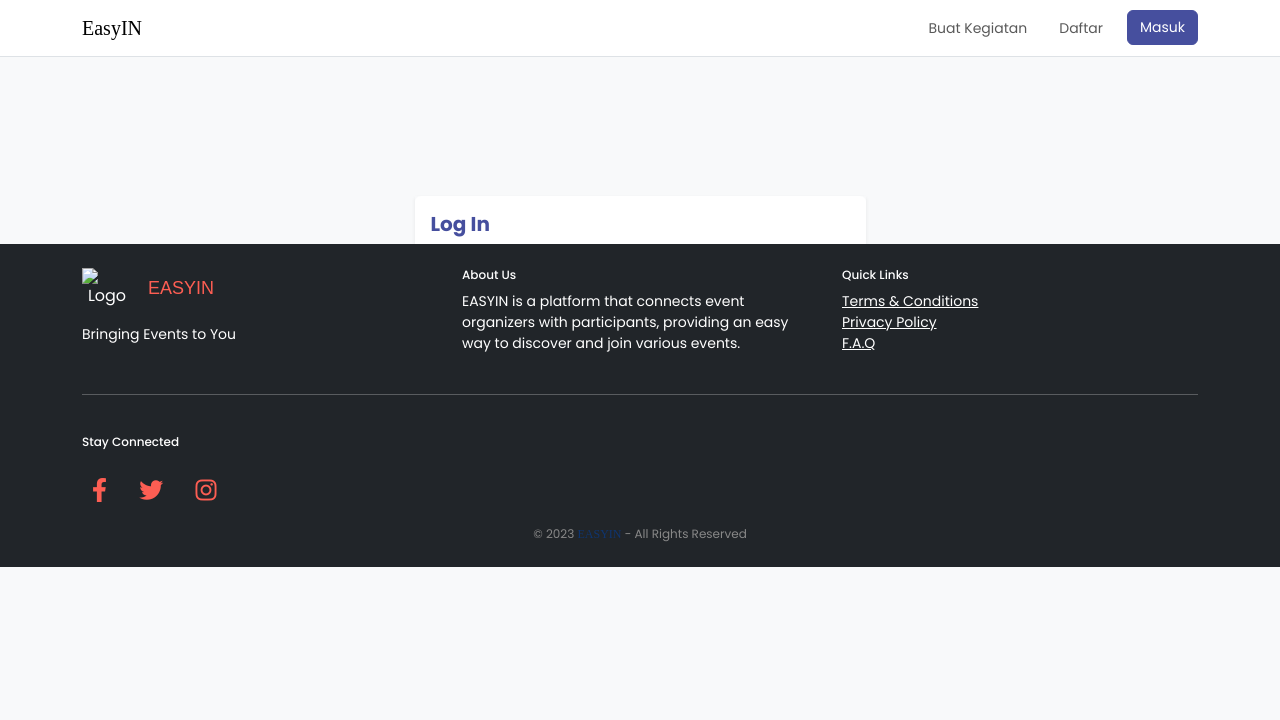
Repository: Imadaaa/Ticketing_Online
Page: http://localhost/login
These files come from the project's save history. The page is drawn as it stood at one moment and after a run of saves; the edit follows.
The browser window is 1280 px wide. The pictures show the whole page.
Some web fonts or font styles are not loaded; a fallback is used. The page is served by the project's Laravel application, run on PHP 8.4 with Laravel 10. Other server files are loaded and not shown.

Above is the page before, as saved 2023-08-22 02:42:12.
Console error: ReferenceError: $ is not defined

### routes/web.php
<?php

use Illuminate\Support\Facades\Route;
use App\Http\Controllers\AuthController;
use App\Http\Controllers\AcaraController;
use App\Http\Controllers\TiketController;
use App\Http\Controllers\UsersController;
use App\Http\Controllers\KampusController;
use App\Http\Controllers\LokasiController;
use App\Http\Controllers\KategoriController;
use App\Http\Controllers\DashboardController;
use App\Http\Controllers\JenisTiketController;
use App\Http\Controllers\LandingPageController;
use App\Http\Controllers\MetodePembayaranController;

/*
|--------------------------------------------------------------------------
| Web Routes
|--------------------------------------------------------------------------
|
| Here is where you can register web routes for your application. These
| routes are loaded by the RouteServiceProvider and all of them will
| be assigned to the "web" middleware group. Make something great!
|
*/

// landing page
Route::get('/', [LandingPageController::class, 'index'])->name('landing-page.index');

// acara
Route::group(['prefix' => 'acara'], function() {
    Route::get('/{slug}', [AcaraController::class, 'landingPageShow'])->name('landing-page.acara.show');
});

// kategori
Route::group(['prefix' => 'kategori'], function() {
    Route::get('/', [KategoriController::class, 'landingPageIndex'])->name('landing-page.kategori.index');
});

// auth
Route::get('/login', [AuthController::class, 'getLogin'])->name('login');
Route::post('/login', [AuthController::class, 'doLogin']);
Route::post('/logout', [AuthController::class, 'doLogout'])->name('logout');
Route::group(['prefix' => 'register'], function() {
    Route::get('/', [AuthController::class, 'getRegister'])->name('register');
    Route::post('/', [AuthController::class, 'doRegister']);
    Route::get('/verifikasi/{token}', [AuthController::class, 'doVerifikasi']);
});

// dashboard
Route::group(['prefix' => 'dashboard'], function() {
    // pages
    Route::get('/', [DashboardController::class, 'getIndex'])->name('dashboard.index');

    // kategori
    Route::group(['prefix' => 'kategori'], function() {
        Route::get('/datatable-json', [KategoriController::class, 'datatableJson'])->name('dashboard.kategori.datatable-json');
    });
    Route::resource('kategori', KategoriController::class, ['as' => 'dashboard'])->except('show');

    // lokasi
    Route::group(['prefix' => 'lokasi'], function() {
        Route::get('/datatable-json', [LokasiController::class, 'datatableJson'])->name('dashboard.lokasi.datatable-json');
    });
    Route::resource('lokasi', LokasiController::class, ['as' => 'dashboard'])->except('show');

    // kampus
    Route::group(['prefix' => 'kampus'], function() {
        Route::get('/datatable-json', [KampusController::class, 'datatableJson'])->name('dashboard.kampus.datatable-json');
    });
    Route::resource('kampus', KampusController::class, ['as' => 'dashboard'])->except('show')->parameters(['kampus' => 'kampus']);

    // metode pembayaran
    Route::group(['prefix' => 'metode-pembayaran'], function() {
        Route::get('/datatable-json', [MetodePembayaranController::class, 'datatableJson'])->name('dashboard.metode-pembayaran.datatable-json');
    });
    Route::resource('metode-pembayaran', MetodePembayaranController::class, ['as' => 'dashboard'])->except('show');

    // user
    Route::group(['prefix' => 'user'], function() {
        Route::get('/datatable-json', [UsersController::class, 'datatableJson'])->name('dashboard.user.datatable-json');
    });
    Route::resource('user', UsersController::class, ['as' => 'dashboard'])->only(['index', 'destroy']);

    // acara
    Route::group(['prefix' => 'acara'], function() {
        Route::get('/datatable-json', [AcaraController::class, 'datatableJson'])->name('dashboard.acara.datatable-json');

        Route::get('/{acara}/jenis-tiket', [JenisTiketController::class, 'index'])->name('dashboard.jenis-tiket.index');
        Route::post('/{acara}/jenis-tiket', [JenisTiketController::class, 'store'])->name('dashboard.jenis-tiket.store');

        Route::get('/{acara}/tiket/datatable-json', [TiketController::class, 'datatableJson'])->name('dashboard.tiket.datatable-json');
        Route::post('/{acara}/tiket', [TiketController::class, 'store'])->name('dashboard.tiket.store');
        Route::delete('/tiket/{tiket}', [TiketController::class, 'destroy'])->name('dashboard.tiket.destroy');
    });
    Route::resource('acara', AcaraController::class, ['as' => 'dashboard'])->except('show');
});

### app/Http/Controllers/AuthController.php
<?php

namespace App\Http\Controllers;

use App\Models\User;
use App\Mail\VerifyEmail;
use Illuminate\Support\Str;
use Illuminate\Http\Request;
use App\Http\Requests\UserRequest;
use Illuminate\Support\Facades\DB;
use Illuminate\Support\Facades\Mail;

class AuthController extends Controller
{
    public function getLogin()
    {
        return view('auth.login');
    }

    public function doLogin(Request $request)
    {
        $credentials = [
            'email' => $request->email,
            'password' => $request->password,
            'is_active' => true
        ];

        if(auth()->attempt($credentials)) {
            return redirect()->route('landing-page.index');
        }

        return redirect()->back()->with('error', 'Email atau password salah');
    }

    public function getRegister()
    {
        return view('auth.register');
    }

    public function doRegister(UserRequest $request)
    {
        $verify_token = Str::random(25);

        $payload = [
            'nama' => $request->nama,
            'verify_token' => $verify_token
        ];

        DB::beginTransaction();

        try {
            Mail::to($request->email)->send(new VerifyEmail($payload));

            User::create([
                'nama' => $request->nama,
                'email' => $request->email,
                'password' => bcrypt($request->password),
                'verify_email_token' => $verify_token
            ]);

            DB::commit();

            return redirect()->back()->with('success', 'Silahkan periksa email anda');
        } catch (Exception $e) {
            DB::rollback();

            return redirect()->back()->with('error', 'Proses registrasi gagal');
        }
    }

    public function doLogout()
    {
        auth()->logout();

        return redirect()->route('landing-page.index');
    }

    public function doVerifikasi($token)
    {
        if(!$token) {
            abort(404);
        }

        $user = User::where('verify_email_token', '=', $token)->firstOrFail();

        $user->update([
            'email_verified_at' => date('Y-m-d H:i:s'),
            'verify_email_token' => null,
            'is_active' => true
        ]);

        return redirect()->route('login')->with('success', 'Email berhasil di verifikasi, silahkan masuk');
    }
}

### resources/views/auth/login.blade.php
@extends('template.landing-page.app')

@section('title', 'Login')

@push('styles')
    <style>
        .wrap-login {
            margin-top: 100px;
        }
    </style>
@endpush

@section('content')
    <div class="container py-5">
        <div class="row mt-5 justify-content-center">
            <div class="col-lg-5 wrap-login">
                @if(session('error'))
                    <div class="alert bg-danger fs-14 text-white">
                        <i class="fa-solid fa-circle-xmark"></i>
                        <span>{{ session('error') }}</span>
                    </div>
                @elseif(session('success'))
                    <div class="alert bg-success fs-14 text-white">
                        <i class="fa-solid fa-circle-check"></i>
                        <span>{{ session('success') }}</span>
                    </div>
                @endif
                <div class="card border-0">
                    <div class="card-body shadow-sm">
                        <h5 class="fw-700 text-primary">Log In</h5>
                        <form action="{{ url('/login') }}" method="POST" class="mt-3">
                            @csrf
                            <div class="mb-3">
                                <label for="email" class="fs-14">Email</label>
                                <input type="email" class="form-control fs-14" name="email" id="email" placeholder="Masukkan email" required>
                            </div>
                            <div class="mb-3">
                                <label for="password" class="fs-14">Password</label>
                                <input type="password" class="form-control fs-14" name="password" id="password" placeholder="Masukkan password" required>
                            </div>
                            <div class="mb-3">
                                <p class="fs-14 mb-1 text-muted">Belum punya akun? daftar <a class="text-primary text-decoration-none" href="{{ route('register') }}">disini</a></p>
                                <p class="fs-14 mb-1 text-muted"><a class="text-primary text-decoration-none" href="{{ route('register') }}">Lupa Password</a></p>
                                <button type="submit" class="btn btn-primary fw-700 fs-14">Log In</button>
                            </div>
                        </form>
                    </div>
                </div>
            </div>
        </div>
    </div>
@endsection

### resources/views/template/landing-page/app.blade.php
<!doctype html>
<html lang="en">

<head>
    <meta charset="utf-8">
    <meta name="viewport" content="width=device-width, initial-scale=1">
    <title>EasyIN - @yield('title')</title>

    @include('template.landing-page.partials._style')
</head>

<body class="bg-light">
    {{-- navbar --}}
    @include('template.landing-page.partials._navbar')

    @yield('content')

    {{-- footer --}}
    @include('template.landing-page.partials._footer')

    @include('template.landing-page.partials._script')
</body>

</html>

### resources/views/template/landing-page/partials/_style.blade.php
<link href="https://cdn.jsdelivr.net/npm/bootstrap@5.3.1/dist/css/bootstrap.min.css" rel="stylesheet"
    integrity="sha384-4bw+/aepP/YC94hEpVNVgiZdgIC5+VKNBQNGCHeKRQN+PtmoHDEXuppvnDJzQIu9" crossorigin="anonymous">
<link rel="stylesheet" href="{{ asset('css/custom.css') }}">
<link rel="preconnect" href="https://fonts.googleapis.com">
<link rel="preconnect" href="https://fonts.gstatic.com" crossorigin>
<link href="https://fonts.googleapis.com/css2?family=Audiowide&family=Poppins:wght@400;500;600;700&display=swap"
    rel="stylesheet">
<link rel="stylesheet" href="https://cdnjs.cloudflare.com/ajax/libs/font-awesome/6.4.0/css/all.min.css"
    integrity="sha512-iecdLmaskl7CVkqkXNQ/ZH/XLlvWZOJyj7Yy7tcenmpD1ypASozpmT/E0iPtmFIB46ZmdtAc9eNBvH0H/ZpiBw=="
    crossorigin="anonymous" referrerpolicy="no-referrer" />
<link rel="stylesheet" href="{{ asset('path/to/slick.css') }}">
<link rel="stylesheet" href="{{ asset('path/to/slick-theme.css') }}">
<script src="{{ asset('path/to/slick.min.js') }}"></script>
@stack('styles')

### resources/views/template/landing-page/partials/_navbar.blade.php
<nav class="navbar navbar-expand-lg {{ request()->is('login') || request()->is('register') || !request()->is('/') ? 'bg-white border-bottom' : '' }}">
    <div class="container">
        <a class="navbar-brand {{ request()->is('login') || request()->is('register') || !request()->is('/') ? '' : 'text-white' }} text-title" href="{{ route('landing-page.index') }}">EasyIN</a>
        <button class="navbar-toggler" type="button" data-bs-toggle="collapse" data-bs-target="#navbarNav"
            aria-controls="navbarNav" aria-expanded="false" aria-label="Toggle navigation">
            <span class="navbar-toggler-icon"></span>
        </button>
        <div class="collapse navbar-collapse" id="navbarNav">
            <ul class="navbar-nav ms-auto">
                <li class="nav-item ms-3">
                    <a class="nav-link {{ request()->is('login') || request()->is('register') || !request()->is('/') ? '' : 'text-white' }} fs-14" aria-current="page" href="#">Buat Kegiatan</a>
                </li>
                @if(auth()->user())
                    <li class="nav-item ms-3">
                        <a class="nav-link {{ request()->is('login') || request()->is('register') || !request()->is('/') ? '' : 'text-white' }} fs-14" href="{{ route('dashboard.index') }}">Dashboard</a>
                    </li>
                    <li class="nav-item ms-3">
                        <a class="nav-link {{ request()->is('login') || request()->is('register') || !request()->is('/') ? '' : 'text-white' }} fs-14" href="#" onclick="document.getElementById('form-logout').submit();">Logout <i class="fa-solid fa-power-off"></i></a>
                        <form action="{{ route('logout') }}" method="POST" id="form-logout">
                            @csrf
                        </form>
                    </li>
                @else
                    <li class="nav-item ms-3">
                        <a class="nav-link {{ request()->is('login') || request()->is('register') || !request()->is('/') ? '' : 'text-white' }} fs-14" href="{{ route('register') }}">Daftar</a>
                    </li>
                    <li class="nav-item ms-3">
                        <a class="btn btn-primary {{ request()->is('login') || request()->is('register') || !request()->is('/') ? '' : 'text-white' }} fs-14" href="{{ route('login') }}">Masuk</a>
                    </li>
                @endif
            </ul>
        </div>
    </div>
</nav>

### resources/views/template/landing-page/partials/_footer.blade.php
<footer class="bg-dark text-white py-4 {{ request()->is('login') || request()->is('register') ? 'footer-fixed' : '' }}">

    <style>
        body {
            margin-bottom: 100px;
            /* Atur sesuai tinggi footer */
            position: relative;
        }

        footer.footer-fixed {
            position: absolute;
            bottom: 0;
            width: 100%;
        }

        .footer-fixed {
            position: absolute;
            bottom: 0;
            width: 100%;
        }

        .unique-font {
            font-family: 'Audiowide', sans-serif;
            font-size: 18px;
            color: #fd5e53;
            margin-bottom: 5px;
        }

        .social-link {
            font-size: 24px;
            color: #fd5e53;
            margin: 0 10px;
            transition: transform 0.3s ease-in-out;
        }

        .social-link:hover {
            transform: scale(1.2);
        }

        .footer-heading {
            font-size: 14px;
            font-weight: bold;
            color: #fff;
            margin-bottom: 10px;
        }

        .footer-link {
            color: #fff;
            text-decoration: none;
            transition: color 0.3s ease-in-out;
        }

        .footer-link:hover {
            color: #fd5e53;
        }
    </style>

    <div class="container">
        <div class="row">
            <div class="col-md-4">
                <div class="d-flex align-items-center text-center">
                    <img src="{{ asset('storage/img/logo/Steam_icon.png') }}" alt="Logo" class="logo me-3"
                        style="max-width: 50px;">
                    <p class="fs-12 mb-0 unique-font">EASYIN</p>
                </div>
                <p class="mt-3 fs-14">Bringing Events to You</p>
            </div>
            <div class="col-md-4">
                <h5 class="fs-12">About Us</h5>
                <p class="fs-14">EASYIN is a platform that connects event organizers with participants, providing an
                    easy way to discover and join various events.</p>
            </div>
            <div class="col-md-4">
                <h5 class="fs-12">Quick Links</h5>
                <ul class="list-unstyled fs-14">
                    <li><a href="#" class="text-white">Terms & Conditions</a></li>
                    <li><a href="#" class="text-white">Privacy Policy</a></li>
                    <li><a href="#" class="text-white">F.A.Q</a></li>
                </ul>
            </div>
        </div>
        <hr class="my-4">
        <div class="row">
            <div class="col-md-10 mt-3">
                <h5 class="fs-12 mb-4">Stay Connected</h5>
                <ul class="list-inline social-icons">
                    <li class="list-inline-item"><a href="#" class="social-link"><i
                                class="fab fa-facebook-f"></i></a>
                    </li>
                    <li class="list-inline-item"><a href="#" class="social-link"><i
                                class="fab fa-twitter"></i></a></li>
                    <li class="list-inline-item"><a href="#" class="social-link"><i
                                class="fab fa-instagram"></i></a>
                    </li>
                </ul>
            </div>
        </div>
        <div class="row">
            <div class="col-md-12 text-center">
                <p class="fs-12 mb-0" style="color: #888;">&copy; {{ date('Y') }} <span class="text-title"
                        style="color: #0f356f;">EASYIN</span> - All Rights Reserved</p>
            </div>
        </div>
    </div>
</footer>

### resources/views/template/landing-page/partials/_script.blade.php
<script src="https://cdn.jsdelivr.net/npm/bootstrap@5.3.1/dist/js/bootstrap.bundle.min.js"
    integrity="sha384-HwwvtgBNo3bZJJLYd8oVXjrBZt8cqVSpeBNS5n7C8IVInixGAoxmnlMuBnhbgrkm" crossorigin="anonymous">
</script>
<script>
    $(document).ready(function() {
        $('.slider').slick({
            autoplay: true,
            dots: true,
            // Konfigurasi slider lainnya sesuai kebutuhan
        });
    });
</script>
@stack('scripts')

### public/css/custom.css
* {
    font-family: "Poppins", sans-serif;
}

.navbar {
    position: absolute !important;
    width: 100%;
    z-index: 1;
}

#hero {
    background-image: url("../img/hero.jpg");
    height: 500px;
    background-position: center;
    background-repeat: no-repeat;
    position: relative;
}

#hero::after {
    content: "";
    height: 100%;
    width: 100%;
    background-color: rgba(0, 0, 0, .5);
    display: block;
}

#hero .text-hero {
    position: absolute;
    width: auto;
    height: auto;
    top: 40%;
    text-align: center;
}

.search-bar {
    margin-top: -80px;
    z-index: 1;
    position: relative;
}

.search-bar .wrap-search-form {
    padding: 60px 50px;
}

#kegiatan-kampus .card {
    background-position: center;
    background-size: cover;
    background-repeat: no-repeat;
    position: relative;
}

#kegiatan-kampus .card::before {
    content: "";
    height: 100%;
    width: 100%;
    background-color: rgba(0, 0, 0, .5);
    display: block;
    position: absolute;
    border-radius: 0.375rem;
}

#kegiatan-kampus .card .card-body h5 {
    margin-top: 200px;
}

#kegiatan-kampus .card .card-body h5, #kegiatan-kampus .card .card-body p, #kegiatan-kampus .card .card-body a {
    z-index: 1;
    position: relative;
}

footer, .bg-dark {
    background-color: #212529 !important;
}

.text-title {
    font-family: 'Audiowide', cursive;
}

.fs-14 {
    font-size: 14px;
}

.fs-12 {
    font-size: 12px;
}

.fs-60 {
    font-size: 60px;
}

.fw-700 {
    font-weight: 700;
}

.btn-primary {
    background-color: #464F9E !important;
    border-color: #464F9E !important;
}

.btn-outline-primary {
    background-color: white !important;
    border-color: #464F9E !important;
    color: #464F9E !important;
}

.btn-outline-primary:hover {
    background-color: #464F9E !important;
    color: white !important;
}

.text-primary {
    color: #464F9E !important;
}

.footer-fixed {
    position: absolute;
    width: 100%;
    bottom: 0;
}

Loaded but not shown: app/Http/Controllers/Controller.php (common file)

After the next 2 saves:
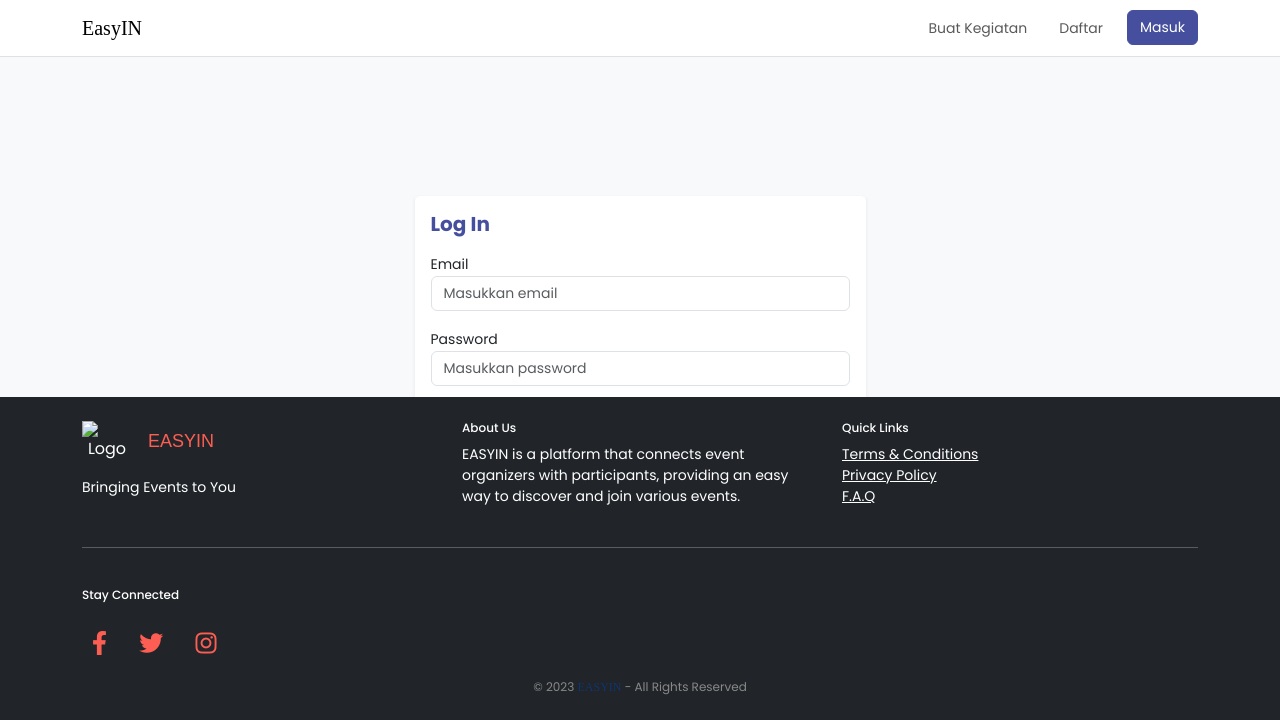
The 2 saves are shown as one change because they came seconds apart.
The last was saved 108 s later.
--- a/resources/views/template/landing-page/partials/_footer.blade.php
+++ b/resources/views/template/landing-page/partials/_footer.blade.php
@@ -1,29 +1,20 @@
 <footer class="bg-dark text-white py-4 {{ request()->is('login') || request()->is('register') ? 'footer-fixed' : '' }}">
 
     <style>
-        body {
-            margin-bottom: 100px;
-            /* Atur sesuai tinggi footer */
-            position: relative;
-        }
-
-        footer.footer-fixed {
+        .footer {
             position: absolute;
             bottom: 0;
             width: 100%;
-        }
-
-        .footer-fixed {
-            position: absolute;
-            bottom: 0;
-            width: 100%;
+            padding: 20px 0;
+            /* Atur sesuai dengan kebutuhan */
+            background-color: #343a40;
+            /* Ganti warna sesuai kebutuhan */
         }
 
         .unique-font {
             font-family: 'Audiowide', sans-serif;
             font-size: 18px;
             color: #fd5e53;
-            margin-bottom: 5px;
         }
 
         .social-link {
@@ -37,21 +28,11 @@
             transform: scale(1.2);
         }
 
-        .footer-heading {
-            font-size: 14px;
-            font-weight: bold;
-            color: #fff;
-            margin-bottom: 10px;
-        }
-
-        .footer-link {
-            color: #fff;
-            text-decoration: none;
-            transition: color 0.3s ease-in-out;
-        }
-
-        .footer-link:hover {
-            color: #fd5e53;
+        /* Gaya tambahan untuk mengatur margin bawah konten */
+        .content {
+            margin-bottom: 100px;
+            /* Atur sesuai tinggi footer */
+            position: relative;
         }
     </style>
 
